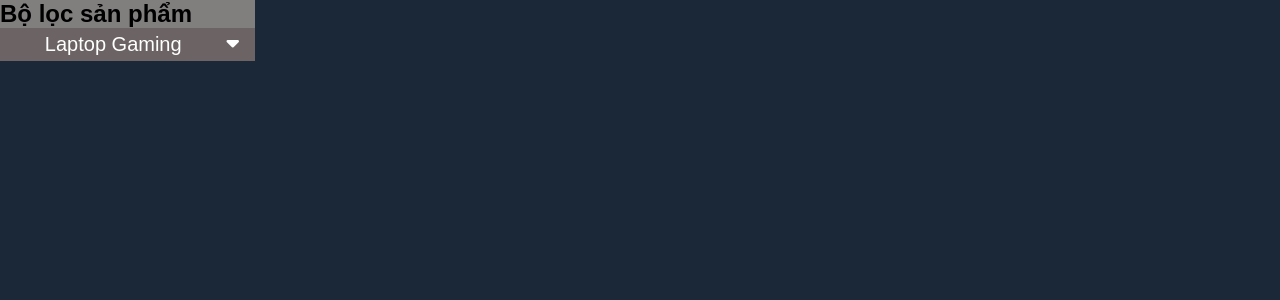
Repository: HPNChanel/DACS
Page: product.html
The author's editor kept a copy of each file at every save. The page is drawn from the files as they stood at one save, then again after the next save.
The browser window is 1280 px wide. The pictures show the whole page.

Above is the page before, as saved 2023-04-11 17:39:24.

### product.html
<!DOCTYPE html>
<html lang="en">
    <head>
        <meta charset="UTF-8" />
        <meta http-equiv="X-UA-Compatible" content="IE=edge" />
        <meta name="viewport" content="width=device-width, initial-scale=1.0" />
        <title>PRODUCT</title>
        <link rel="stylesheet" href="./style/product.css" />
        <link
            rel="stylesheet"
            href="https://cdnjs.cloudflare.com/ajax/libs/font-awesome/6.4.0/css/all.min.css"
            integrity="sha512-iecdLmaskl7CVkqkXNQ/ZH/XLlvWZOJyj7Yy7tcenmpD1ypASozpmT/E0iPtmFIB46ZmdtAc9eNBvH0H/ZpiBw=="
            crossorigin="anonymous"
            referrerpolicy="no-referrer"
        />
    </head>
    <body>
        <div class="sidebar">
            <h2>Bộ lọc sản phẩm</h2>
            <div class="sidebar-content">
                <button class="dropdown-btn">
                    Laptop Gaming
                    <i class="fa fa-caret-down"></i>
                </button>
                <div class="dropdown-container">
                    <a href="">TUF</a>
                    <a href="">MSI</a>
                    <a href="">LENOVO</a>
                </div>
            </div>
        </div>

        <script src="./product.js"></script>
    </body>
</html>

### style/product.css
* {
    margin: 0;
    padding: 0;
    box-sizing: border-box;
    list-style: none;
    text-decoration: none;
}
html {
    font-size: 62.5%;
}
body {
    font-family: "Poppins", sans-serif;
    font-size: 1.6rem;
    margin: 0 auto;
    width: 1280px;
    margin: 0 atuo;
    background-color: #1b2838;
}
.sidebar {
    background-color: #817e7e;
    width: 255px;
}
.sidebar a,
.dropdown-btn {
    display: block;
    font-size: 20px;
    background-color: none;
    border: none;
    cursor: pointer;
    outline: none;
    padding: 5px 8px 5px 0px;
}
.dropdown-btn {
    width: 100%;
    background-color: rgb(108, 100, 100);
    color: rgb(255, 255, 255);
}
.fa-caret-down {
    float: right;
    padding-right: 8px;
}
.dropdown-container {
    display: none;
    padding-left: 0px;
}
.active {
    color: white;
}

### product.js
/* Loop through all dropdown buttons to toggle between hiding and showing its dropdown content - This allows the user to have multiple dropdowns without any conflict */
var dropdown = document.getElementsByClassName("dropdown-btn");
var i;

for (i = 0; i < dropdown.length; i++) {
    dropdown[i].addEventListener("click", function () {
        this.classList.toggle("active");
        var dropdownContent = this.nextElementSibling;
        if (dropdownContent.style.display === "block") {
            dropdownContent.style.display = "none";
        } else {
            dropdownContent.style.display = "block";
        }
    });
}

After the next save:
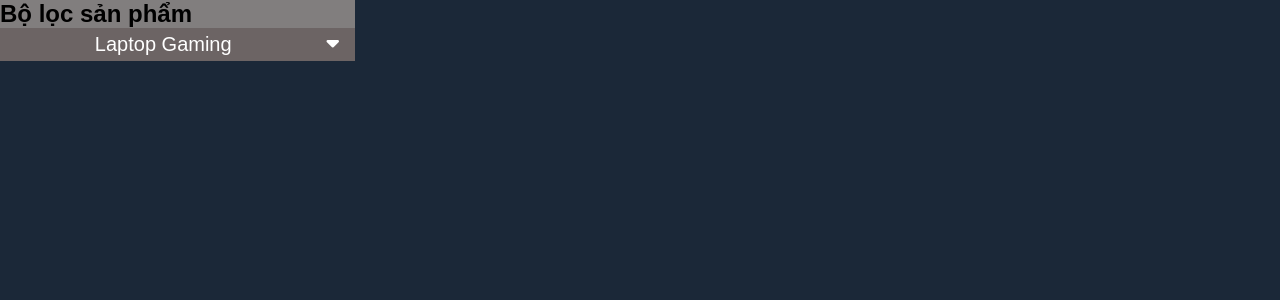
Saved 27 s later.
--- a/style/product.css
+++ b/style/product.css
@@ -18,7 +18,7 @@
 }
 .sidebar {
     background-color: #817e7e;
-    width: 255px;
+    width: 355px;
 }
 .sidebar a,
 .dropdown-btn {

After the 3 saves that followed:
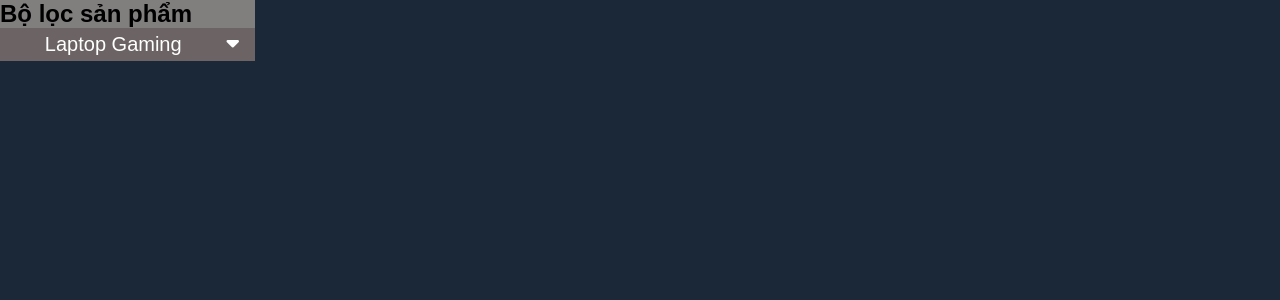
The 3 saves are shown as one change because they came seconds apart.
The last was saved 26 s later.
--- a/style/product.css
+++ b/style/product.css
@@ -13,12 +13,11 @@
     font-size: 1.6rem;
     margin: 0 auto;
     width: 1280px;
-    margin: 0 atuo;
     background-color: #1b2838;
 }
 .sidebar {
     background-color: #817e7e;
-    width: 355px;
+    width: 255px;
 }
 .sidebar a,
 .dropdown-btn {
